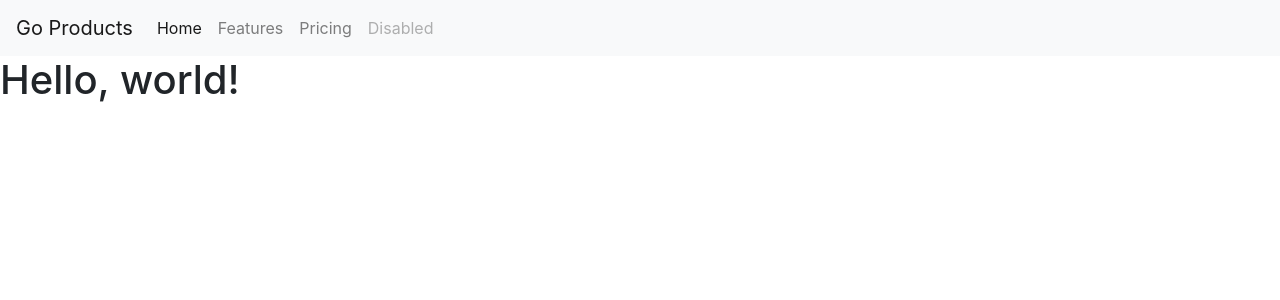
Repository: Nouthemoran/go-web-native-crud
Page: views/home/index.html
An editor plug-in stored every save of this project. The page is shown before and after a run of saves, followed by the edit.
The browser window is 1280 px wide. The pictures show the whole page.

Above is the page before, as saved 2023-10-04 15:03:44.

### views/home/index.html
<!doctype html>
<html lang="en">
  <head>
    <!-- Required meta tags -->
    <meta charset="utf-8">
    <meta name="viewport" content="width=device-width, initial-scale=1, shrink-to-fit=no">

    <!-- Bootstrap CSS -->
    <link rel="stylesheet" href="https://cdn.jsdelivr.net/npm/bootstrap@4.3.1/dist/css/bootstrap.min.css" integrity="sha384-ggOyR0iXCbMQv3Xipma34MD+dH/1fQ784/j6cY/iJTQUOhcWr7x9JvoRxT2MZw1T" crossorigin="anonymous">

    <title>golang project</title>
  </head>
  <body>
    <!-- Navbar -->
    <nav class="navbar navbar-expand-lg navbar-light bg-light">
        <a class="navbar-brand" href="#">Go Products</a>
        <button class="navbar-toggler" type="button" data-toggle="collapse" data-target="#navbarNav" aria-controls="navbarNav" aria-expanded="false" aria-label="Toggle navigation">
          <span class="navbar-toggler-icon"></span>
        </button>
        <div class="collapse navbar-collapse" id="navbarNav">
          <ul class="navbar-nav">
            <li class="nav-item active">
              <a class="nav-link" href="#">Home <span class="sr-only">(current)</span></a>
            </li>
            <li class="nav-item">
              <a class="nav-link" href="#">Features</a>
            </li>
            <li class="nav-item">
              <a class="nav-link" href="#">Pricing</a>
            </li>
            <li class="nav-item">
              <a class="nav-link disabled" href="#" tabindex="-1" aria-disabled="true">Disabled</a>
            </li>
          </ul>
        </div>
      </nav>
    <!-- End of Navbar -->
    <h1>Hello, world!</h1>

    <!-- Optional JavaScript -->
    <!-- jQuery first, then Popper.js, then Bootstrap JS -->
    <script src="https://code.jquery.com/jquery-3.3.1.slim.min.js" integrity="sha384-q8i/X+965DzO0rT7abK41JStQIAqVgRVzpbzo5smXKp4YfRvH+8abtTE1Pi6jizo" crossorigin="anonymous"></script>
    <script src="https://cdn.jsdelivr.net/npm/popper.js@1.14.7/dist/umd/popper.min.js" integrity="sha384-UO2eT0CpHqdSJQ6hJty5KVphtPhzWj9WO1clHTMGa3JDZwrnQq4sF86dIHNDz0W1" crossorigin="anonymous"></script>
    <script src="https://cdn.jsdelivr.net/npm/bootstrap@4.3.1/dist/js/bootstrap.min.js" integrity="sha384-JjSmVgyd0p3pXB1rRibZUAYoIIy6OrQ6VrjIEaFf/nJGzIxFDsf4x0xIM+B07jRM" crossorigin="anonymous"></script>
  </body>
</html>

After the next 2 saves:
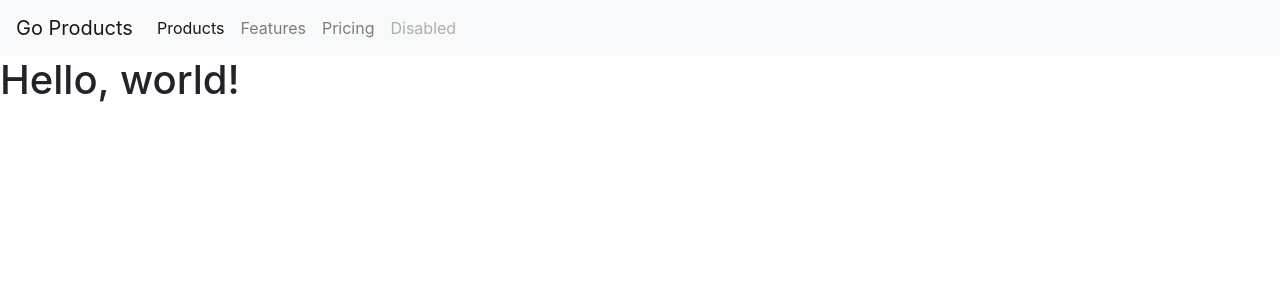
The 2 saves are shown as one change because they came seconds apart.
The last was saved 46 s later.
--- a/views/home/index.html
+++ b/views/home/index.html
@@ -20,7 +20,7 @@
         <div class="collapse navbar-collapse" id="navbarNav">
           <ul class="navbar-nav">
             <li class="nav-item active">
-              <a class="nav-link" href="#">Home <span class="sr-only">(current)</span></a>
+              <a class="nav-link" href="#">Products<span class="sr-only">(current)</span></a>
             </li>
             <li class="nav-item">
               <a class="nav-link" href="#">Features</a>
